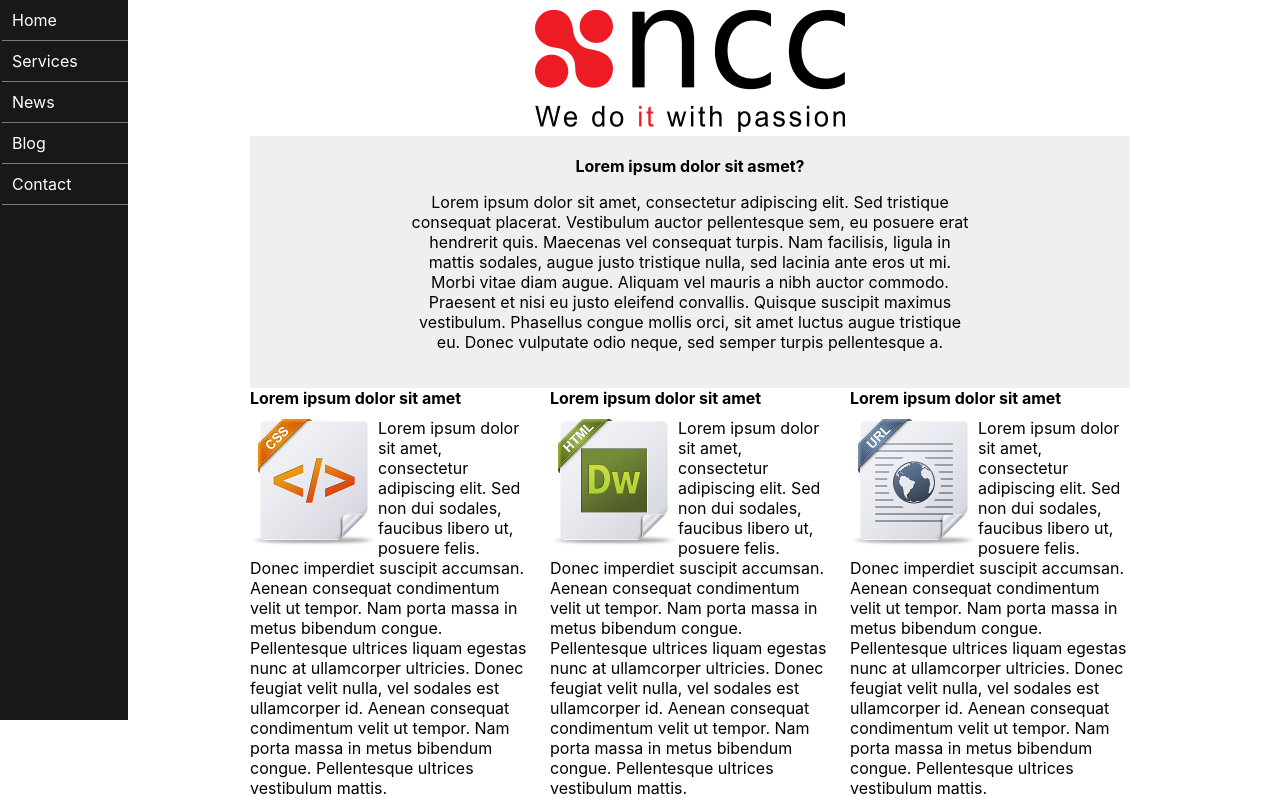
Repository: nganha241/testt
Page: /
The author's editor kept a copy of each file at every save. The page is drawn from the files as they stood at one save, then again after the next save.
The browser window is 1280 px wide. The pictures show the whole page.
The project was rebuilt for these pictures with package versions that can differ from the ones it lists, and the page was loaded fresh each time.

Above is the page before, as saved 2023-02-28 11:46:14.

After the next save:
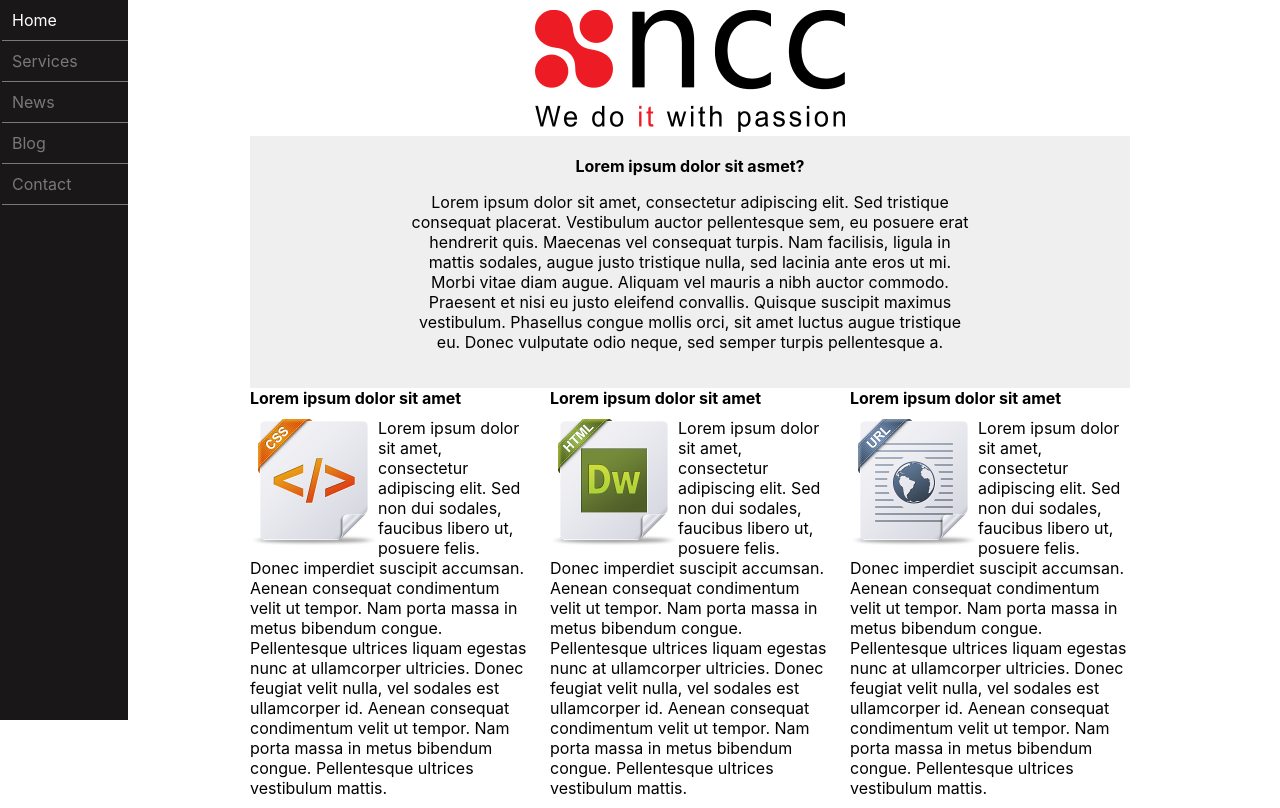
Saved 52 s later.
--- a/src/pages/Navbar/Navbar.css
+++ b/src/pages/Navbar/Navbar.css
@@ -15,7 +15,7 @@
   padding: 10px 50px 10px 10px;
 }
 
-.nav-content li a:first-child {
+.nav-content li:first-child a {
   color: #fff;
 }
 
